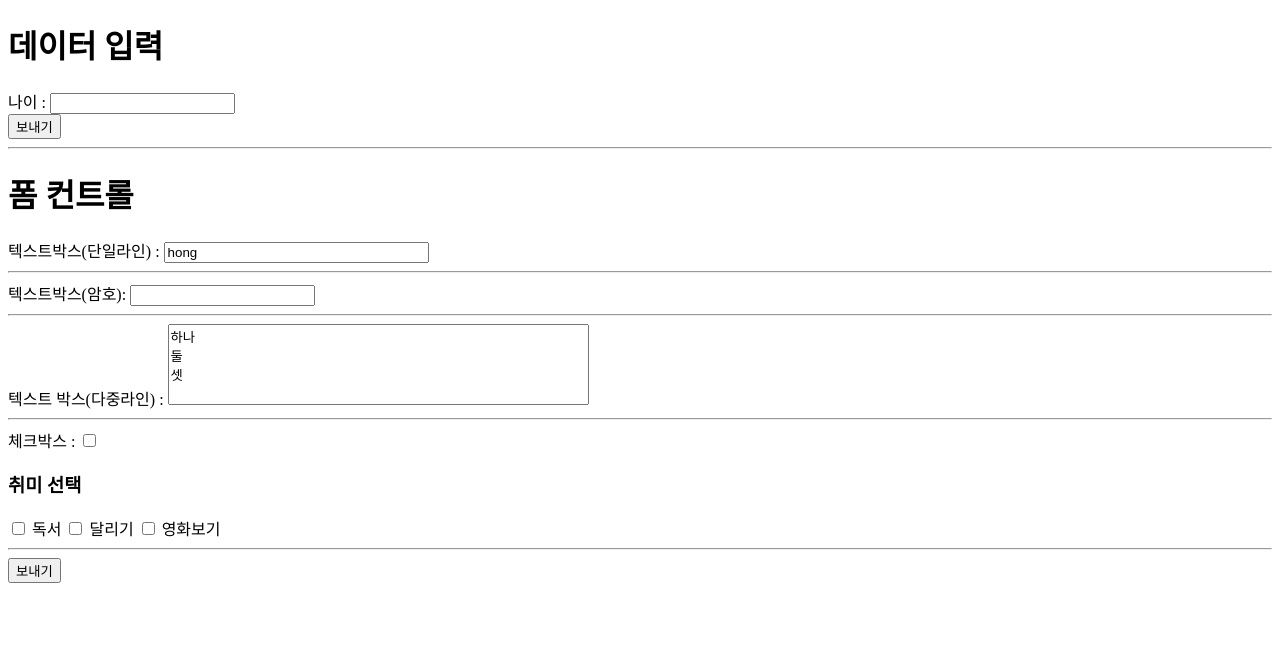
Repository: hb6700/client
Page: ClientTest/src/main/webapp/html/ex18_form.html
The author's editor kept a copy of each file at every save. The page is drawn from the files as they stood at one save, then again after the next save.
The browser window is 1280 px wide. The pictures show the whole page.

Above is the page before, as saved 2023-09-21 06:49:49.

After the next save:
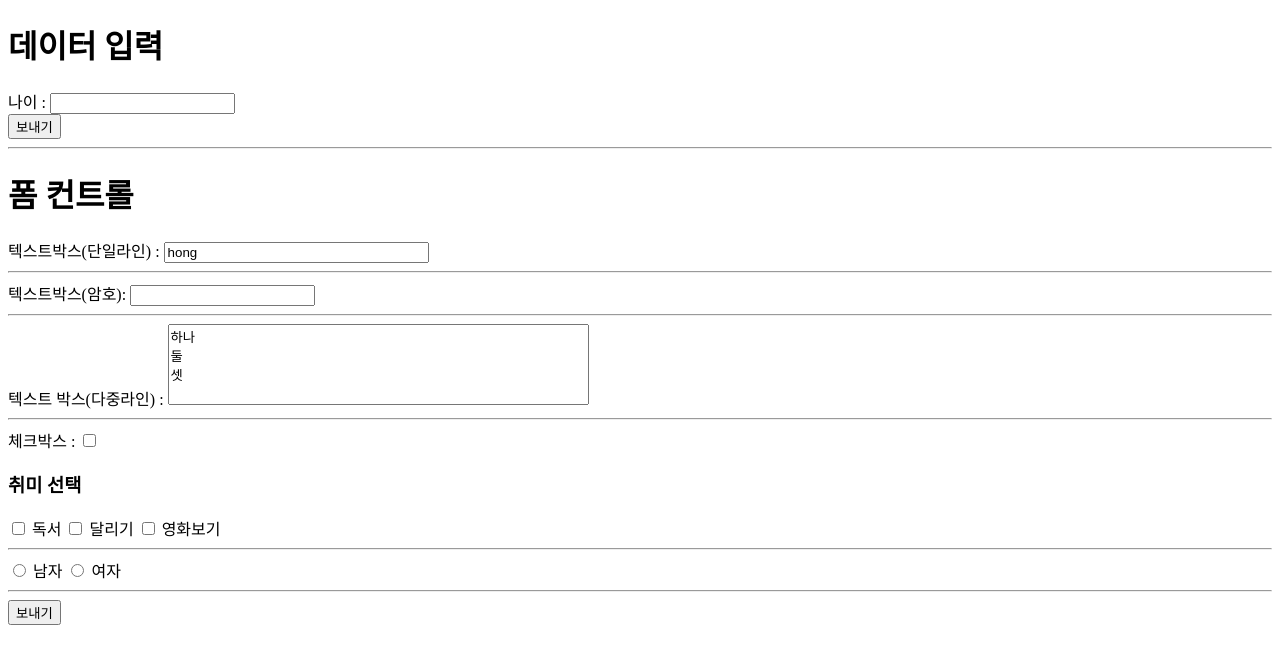
Saved 17 min 8 s later.
--- a/ClientTest/src/main/webapp/html/ex18_form.html
+++ b/ClientTest/src/main/webapp/html/ex18_form.html
@@ -126,6 +126,15 @@
 
 			<hr>
 
+			<!--
+			라디오 버튼
+			- 체크박스와 유사
+			-->
+			<input type="radio" name="rbGender"> 남자
+			<input type="radio" name="rbGender"> 여자
+
+			<hr>
+
 			<input type="submit" value="보내기">
 		</form>
 	</body>
